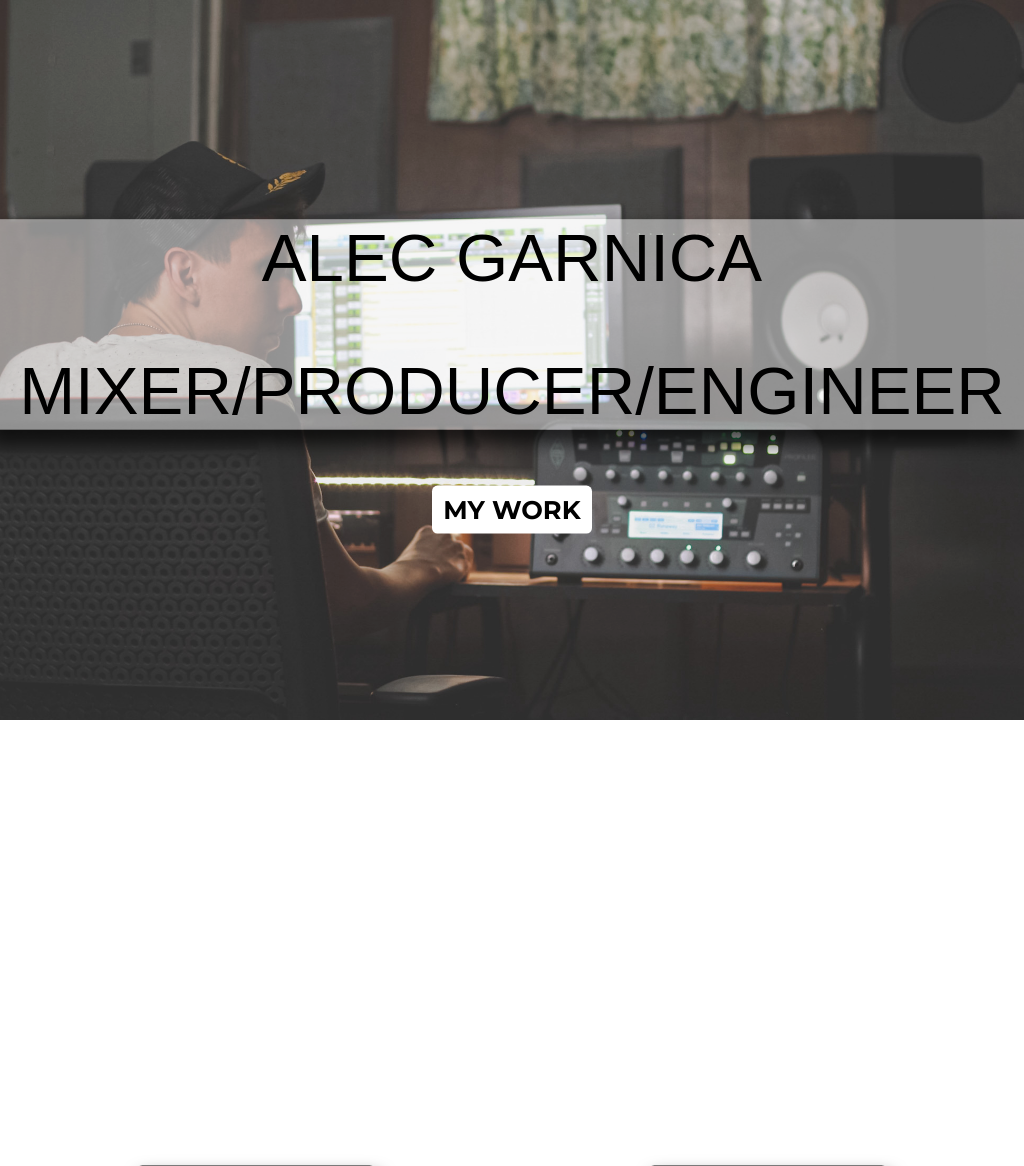
Repository: Aworminator/mixing-portfolio
Page: index.html
An editor plug-in stored every save of this project. The page is shown before and after the next save, followed by the edit.
The browser window is 1280 px wide. The pictures show the part of the page from y = 0 to 1457 px (the page is 3419 px tall before and 3429 px after), at 80% of full size.
Pictures or frames that could not be fetched are drawn as grey boxes. Some web fonts or font styles are not loaded; a fallback is used.

Above is the page before, as saved 2025-08-17 21:07:42.

### index.html
<!DOCTYPE html>
<html lang="en">
  <head>
    <meta charset="UTF-8" />
    <meta name="viewport" content="width=device-width, initial-scale=1.0" />
    <title>Document</title>
    <link rel="preconnect" href="https://fonts.googleapis.com" />
    <link rel="preconnect" href="https://fonts.gstatic.com" crossorigin />
    <link
      href="https://fonts.googleapis.com/css2?family=Gothic+A1:wght@100;200;300;400;500;600;700;800;900&family=Rock+Salt&family=Nunito:ital,wght@0,200..1000;1,200..1000&family=Montserrat:ital,wght@0,100..900;1,100..900&family=Caveat:wght@400..700&display=swap"
      rel="stylesheet"
    />
    <link rel="stylesheet" href="styles.css" />
    <link
      rel="stylesheet"
      href="https://cdnjs.cloudflare.com/ajax/libs/font-awesome/6.0.0/css/all.min.css"
      integrity="sha512-9usAa10IRO0HhonpyAIVpjrylPvoDwiPUiKdWk5t3PyolY1cOd4DSE0Ga+ri4AuTroPR5aQvXU9xC6qOPnzFeg=="
      crossorigin="anonymous"
      referrerpolicy="no-referrer"
    />
  </head>
  <body>
    <section class="home-page">
      <img
        src="./images/backShot.JPG"
        class="main-pic"
        alt="alecgarnica.com photo"
      />
      <div class="header">
        <h1 class="gothic-a1-regular">ALEC GARNICA</h1>
        <h2 class="gothic-a1-regular">MIXER/PRODUCER/ENGINEER</h2>
      </div>
      <h2 class="work-button">MY WORK</h2>

    </section>
    <section class="audio-examples">
      <div class="group">
        <div id="input"></div>
      </div>
    </section>

    <script src="script.js"></script>
  </body>
</html>

### styles.css
body,
html {
  margin: 0;
  padding: 0;
}

.rock-salt-regular {
  font-family: "Rock Salt", cursive;
  font-weight: 400;
  font-style: normal;
}

.gothic-a1-regular {
  font-family: "Gothic A1", sans-serif;
  font-weight: 500;
  font-style: normal;
}

p {
  font-family: "Nunito", sans-serif;
  font-optical-sizing: auto;
  font-weight: 900;
  font-style: normal;
}

h1,
h2,
h3 {
  font-family: "Montserrat", sans-serif;
  font-optical-sizing: auto;
  font-weight: <weight>;
  font-style: normal;
}

h3 {
  opacity: 80%;
}

.main-pic {
  width: 100%;
  margin: 0 auto;
  object-fit: cover;
  height: 900px;
  z-index: -1;
  opacity: 90%;
}

.header {
  position: relative;
  bottom: 700px;
  z-index: 1;
  font-size: 3.5em;
  text-align: center;
  background-color: rgba(255, 255, 255, 0.467);
  box-shadow: -8px 14px 20px 4px rgb(0 0 0 / 69%);
}

.work-button {
  position: relative;
  bottom: 700px;
  display: flex;
  justify-content: center;
  align-items: center;
  text-align: center;
  font-size: 2em;
  background-color: rgb(255, 255, 255);
  width: 200px;
  height: 60px;
  border-radius: 7px;
  margin: 0 auto;
}

.card {
  height: 500px;
  width: 300px;
  border: 2px solid black;
  background-color: rgb(255, 255, 255);
  background: url("https://www.patternpictures.com/wp-content/uploads/Crumpled-white-paper-texture-background.jpg");
  background-color: rgba(255, 255, 255, 0.775);
  background-blend-mode: lighten;
  box-shadow: 5px 10px 20px 0 rgba(0, 0, 0, 0.535);
  border-radius: 10px;
  margin: 90px;
  display: flex;
  flex-direction: column;
  justify-content: flex-start;
  align-items: center;
  flex-wrap: wrap;
  z-index: 1;
}

h1 {
  text-align: center;
}

h4 {
  font-family: "Caveat";
  font-optical-sizing: auto;
  font-weight: <weight>;
  font-style: normal;
  text-shadow: 2px 5px 6px rgba(0, 0, 0, 0.18);
}

#input {
  display: flex;
  justify-content: center;
  flex-direction: column;
  flex-wrap: wrap;
}

.audio-examples {
  /* display: flex;
  justify-content: center;
  border: 5px solid black; */
}

.album-artwork {
  height: 300px;
  width: 300px;
  border-radius: 10px 10px 0 0;
  position: relative;
}

.card-info {
  display: flex;
  flex-direction: row;
  justify-content: space-around;
  width: 200px;
  margin-top: 10px;
  margin-bottom: 0;
  position: relative;
}

.band-info {
  border-radius: 10px;
  padding: 5px 10px;
  height: 100px;
  width: 200px;
  display: flex;
  flex-direction: column;
  align-items: flex-start;
  font-size: 0.9em;
  text-align: left;
}

.album-title {
  position: relative;
  bottom: 15px;
}

.link {
  text-decoration: none;
  color: black;
}

.link:hover {
  text-decoration: underline;
  transform: scale(1.05);
}

@keyframes move-words {
  0% {
    left: 100%;
  }
  100% {
    left: -100%;
  }
}

.fa-pause,
.fa-play {
  font-size: 2em;
  position: relative;
  right: 12px;
}

.fa-play:active {
  font-size: 2em;
  position: relative;
  transform: scale(0.8);
}

.player {
  display: flex;
  flex-direction: row;
  align-items: center;
  justify-content: center;
  padding: 10px 0 0 0;
  margin-bottom: 25px;
}

.progress-bar {
  background-color: white;
  border-radius: 40px;
  color: black;
  width: 150px;
  height: 12px;
  border: 1px solid rgb(221, 144, 99);
}

.progress {
  background-color: rgb(244, 164, 117);
  border-radius: 40px;
  height: 100%;
  width: 0%;
}

@media screen and (min-width: 768px) {
  #input {
    display: flex;
    flex-direction: row;
    justify-content: space-around;
  }

  body {
    /* width: 100%;
    transform: scale(0.9); */
  }
}

### script.js
let songs = [
  {
    albumArt:
      "https://facedownrecords.com/wp-content/uploads/2023/09/FCD195-3000.jpg",
    artist: "American Arson",
    song: "The Heat |: Run",
    name: "Run - American Arson.wav",
    artistLink:
      "https://open.spotify.com/artist/7cl9j0U54gBxbcGO7zXXs2?si=Y8YFn_WdRy2WaXkD7kTK9A",
    songLink:
      "https://open.spotify.com/track/4LscxvJWC9iHOBJmns7oVh?si=cf5a5d8cefe242de",
  },
  {
    albumArt:
      "https://i.scdn.co/image/ab67616d0000b27369a57afe6b668fe34d4e9914",
    artist: "Philip Bowen",
    song: "Better Way",
    name: "Fireflies - Camino Kid.wav",
    artistLink:
      "https://open.spotify.com/artist/3Mm4P393IFVqIQDmL691G9?si=A1uk_0hjSPOLajqtXdFjjQ",
    songLink:
      "https://open.spotify.com/track/2iAruT7aaz0of7HgP6AXJ5?si=48f3d1c8590f4527",
  },
  {
    albumArt:
      "https://i.scdn.co/image/ab67616d00001e02c0d49229ee1521c01ba40c3e",
    artist: "Chery Blossom Club",
    song: "Astray",
    name: "All Is Well - Jared Withrow.wav",
    artistLink:
      "https://open.spotify.com/artist/7LDoytlH8MNe9zu2VIu5uB?si=W9AvoN22T46V6yPUWuvBdA",
    songLink:
      "https://open.spotify.com/track/77lonoP2aKYjy99jGNJf3r?si=8c8acfcdc6ff47a3",
  },
  {
    albumArt:
      "https://i.scdn.co/image/ab67616d00001e02066f1a88ce4c1492f016dc33",
    artist: "Jared Withrow",
    song: "All Is Well",
    name: "All Is Well - Jared Withrow.wav",
    artistLink:
      "https://open.spotify.com/artist/5HWM1z6NnHcvOnUeLcCAKn?si=47omOcpARfSCEVpzm1sS9w",
    songLink:
      "https://open.spotify.com/track/60aH38LMrZZam1xIewtDBR?si=670e49b3f44149bb",
  },
  {
    albumArt:
      "https://scontent-det1-1.xx.fbcdn.net/v/t39.30808-6/345889822_3156030747876824_1292364129699861349_n.jpg?_nc_cat=105&ccb=1-7&_nc_sid=6ee11a&_nc_ohc=f9_qdRFkm2IQ7kNvwFt4FJf&_nc_oc=AdmAUkniDUuNAhV0EcdJR1OdZMpTkVkt2HKyPtUgQ5yV5tYitW3uvtS0a4ZDftt4at6ejXA5V_AI77aQpg6WEzSH&_nc_zt=23&_nc_ht=scontent-det1-1.xx&_nc_gid=XrT0jrxaK4GVetPSgd7OrA&oh=00_AfW3ozMtD7ki8JJeSMwEqo1o4N_opRzJL01Q5s7aF34L3g&oe=68A7EA3A",
    artist: "Camino Kid",
    song: "Fireflies(Cover)",
    name: "Fireflies - Camino Kid.wav",
    artistLink:
      "https://open.spotify.com/artist/5Dm6l5ypjnBRX4r3o2vzkZ?si=yQY43V2TQ06EWhuZaBigIg",
    songLink:
      "https://open.spotify.com/track/2ckxbqWp45dph2w9lZHEuz?si=ac1ee9025897455e",
  },
  {
    albumArt:
      "https://www.shazam.com/mkimage/image/thumb/Music122/v4/09/7e/41/097e41aa-4970-2849-a3a6-7e0279f900af/artwork.jpg/375x375bb.webp",
    artist: "The Scally Brothers",
    song: "Lion and the Lamb",
    name: "Fireflies - Camino Kid.wav",
    artistLink:
      "https://open.spotify.com/artist/1zxZJBr1JIL8X4zDvpkFos?si=ZAqeO_ZFRFWOyXo424s7Ng",
    songLink:
      "https://open.spotify.com/track/74FoVUSj3mCoDl6XZTojDW?si=b75b83345caf4865",
  },
];

let input = document.querySelector("#input");

function updateProgress(e, songName) {
  let { currentTime, duration } = e.srcElement;
  const progressPercentage = (currentTime / duration) * 100;
  document.getElementById(
    `progress-${songName}`
  ).style.width = `${progressPercentage}%`;

  const playBtn = document.getElementById(`playBtn-${songName}`);
  if (currentTime === duration) {
    playBtn.classList.add("fa-play");
    playBtn.classList.remove("fa-pause");
  } else {
    playBtn.classList.add("fa-pause");
    playBtn.classList.remove("fa-play");
  }
}

function setProgress(e, songName) {
  const width = e.currentTarget.clientWidth;
  const clickX = e.offsetX;
  const audio = document.getElementById(`audio-${songName}`);
  const duration = audio.duration;

  audio.currentTime = (clickX / width) * duration;
}

function playAudio(songName) {
  const audio = document.getElementById(`audio-${songName}`);
  audio.play();
}

function pauseAudio(songName) {
  const audio = document.getElementById(`audio-${songName}`);
  audio.pause();
}

songs.forEach((song) => {
  const card = document.createElement("div");
  card.classList.add("card");
  card.innerHTML = `
    <img class="album-artwork" src="${song.albumArt}" alt="">
    <div class="mp3">
      <div class="band-info">
        <a href="${song.songLink}" class="link"><h1 class="band-name">${song.song}</h1></a>
        <a href="${song.artistLink}" class="link"><h3 class="album-title">${song.artist}</h3></a>
      </div>
      <div class="player">
        <i class="fa-solid fa-play" id="playBtn-${song.name}" onclick="toggleAudio('${song.name}')"></i>
        <audio preload="metadata" id="audio-${song.name}" src="./audio/${song.name}"></audio>
        <div class="progress-bar" id="progress-bar-${song.name}">
          <div class="progress" id="progress-${song.name}"></div>
        </div>
      </div>
    </div>
  `;
  input.appendChild(card);

  const audio = document.getElementById(`audio-${song.name}`);
  const progressBar = document.getElementById(`progress-bar-${song.name}`);

  audio.addEventListener("timeupdate", (e) => updateProgress(e, song.name));
  progressBar.addEventListener("click", (e) => setProgress(e, song.name));
});

function toggleAudio(songName) {
  const audio = document.getElementById(`audio-${songName}`);
  const playBtn = document.getElementById(`playBtn-${songName}`);

  if (audio.paused || audio.ended) {
    playAudio(songName);
    playBtn.classList.remove("fa-play");
    playBtn.classList.add("fa-pause");
  } else {
    pauseAudio(songName);
    playBtn.classList.remove("fa-pause");
    playBtn.classList.add("fa-play");
  }

  audio.onpause = () => {
    playBtn.classList.remove("fa-pause");
    playBtn.classList.add("fa-play");
  };
  audio.onplay = () => {
    playBtn.classList.remove("fa-play");
    playBtn.classList.add("fa-pause");
  };
}

After the next save:
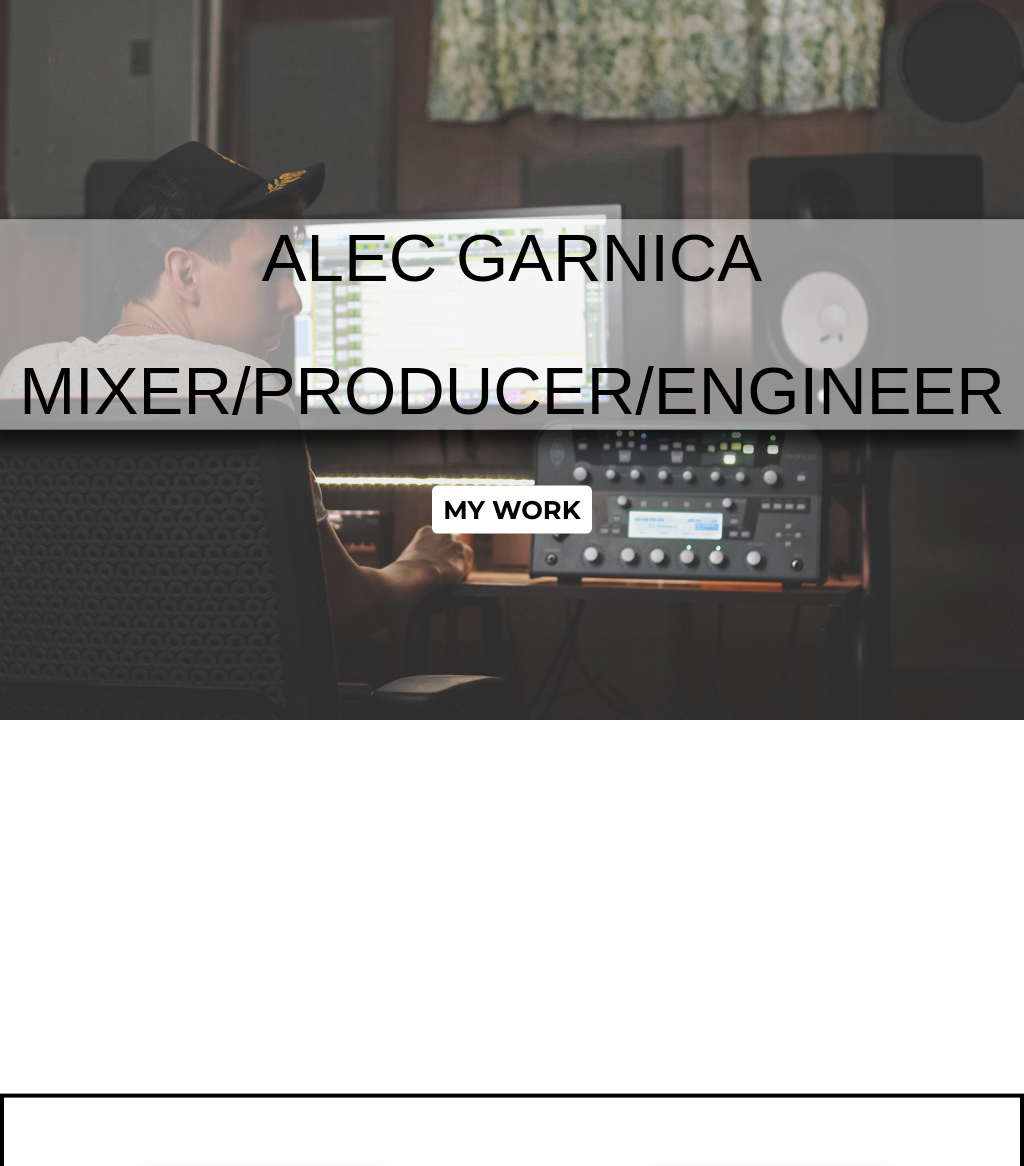
Saved 33 s later.
--- a/styles.css
+++ b/styles.css
@@ -109,9 +109,9 @@
 }
 
 .audio-examples {
-  /* display: flex;
-  justify-content: center;
-  border: 5px solid black; */
+  display: flex;
+  justify-content: center;
+  border: 5px solid black;
 }
 
 .album-artwork {

After the 2 saves that followed:
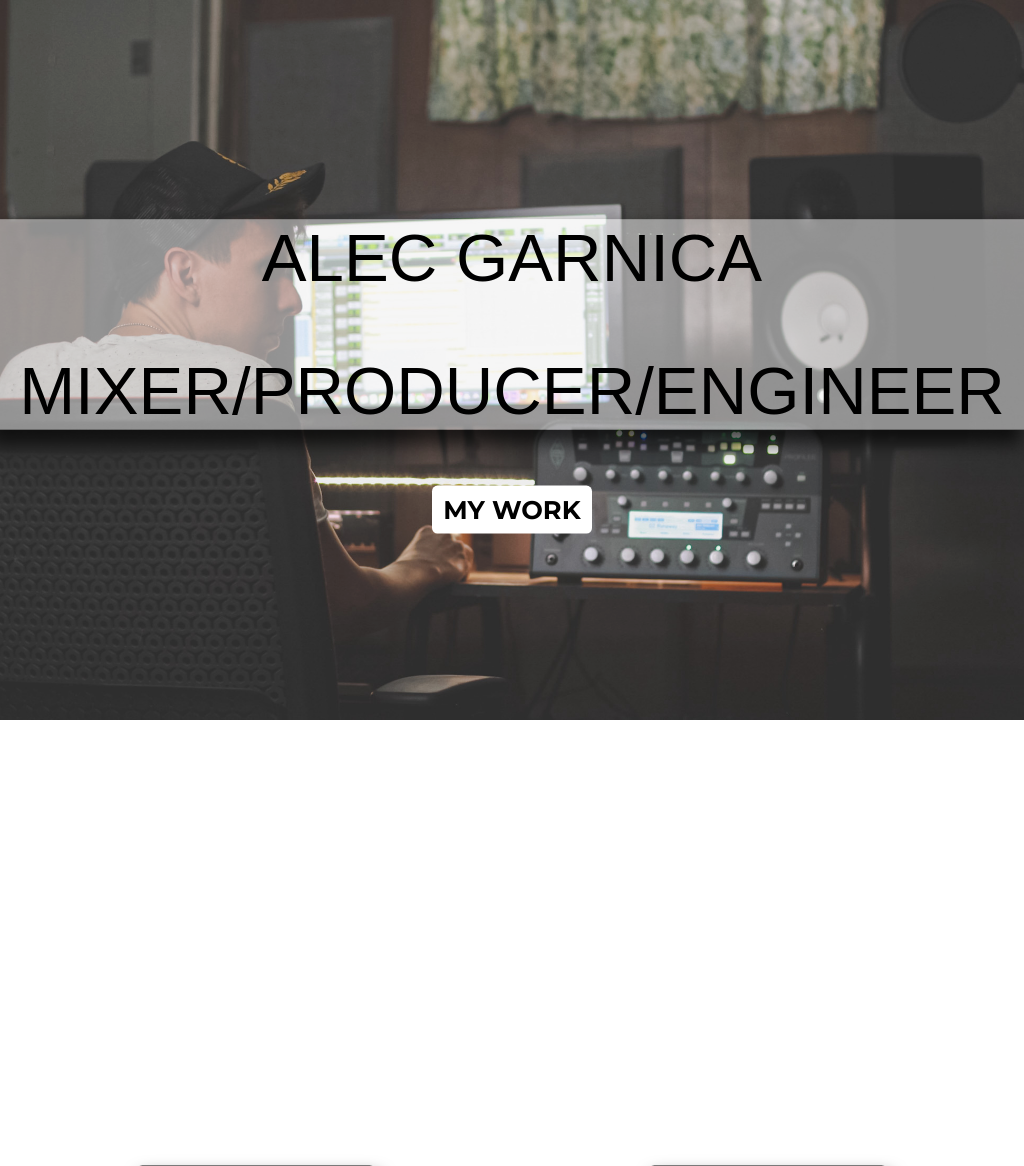
The 2 saves are shown as one change because 1 left the picture as it was.
The last was saved 10 s later.
--- a/styles.css
+++ b/styles.css
@@ -110,8 +110,7 @@
 
 .audio-examples {
   display: flex;
-  justify-content: center;
-  border: 5px solid black;
+  justify-content: flex-start;
 }
 
 .album-artwork {
